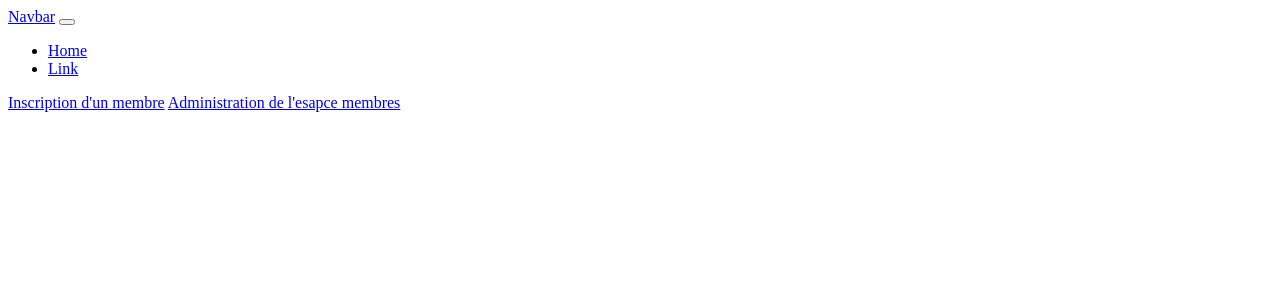
Repository: arione15/Ud-Mast_PHP_POO_espace_membre
Page: http://localhost/
An editor plug-in stored every save of this project. The page is shown before and after a run of saves, followed by the edit.
The browser window is 1280 px wide. The pictures show the whole page.
The page is run by PHP 8.4 with error messages shown; the project is at /var/www/html/.

Above is the page before, as saved 2021-07-31 11:45:09.

After the next 3 saves:
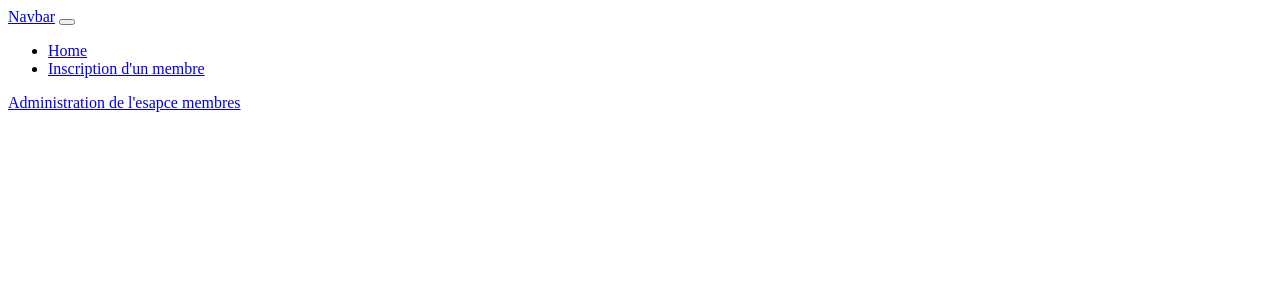
The 3 saves are shown as one change because they came seconds apart.
The last was saved 30 s later.
--- a/index.php
+++ b/index.php
@@ -19,7 +19,7 @@
           <a class="nav-link" aria-current="page" href="#">Home</a>
         </li>
         <li class="nav-item">
-          <a class="nav-link" href="#">Link</a>
+          <a class="nav-link" href="inscription.php">Inscription d'un membre</a>
         </li>
 
       </ul>
@@ -30,7 +30,6 @@
 
 
 
-    <a href="inscription.php">Inscription d'un membre</a>
     <a href="administration.php">Administration de l'esapce membres</a>
 </body>
 </html>
